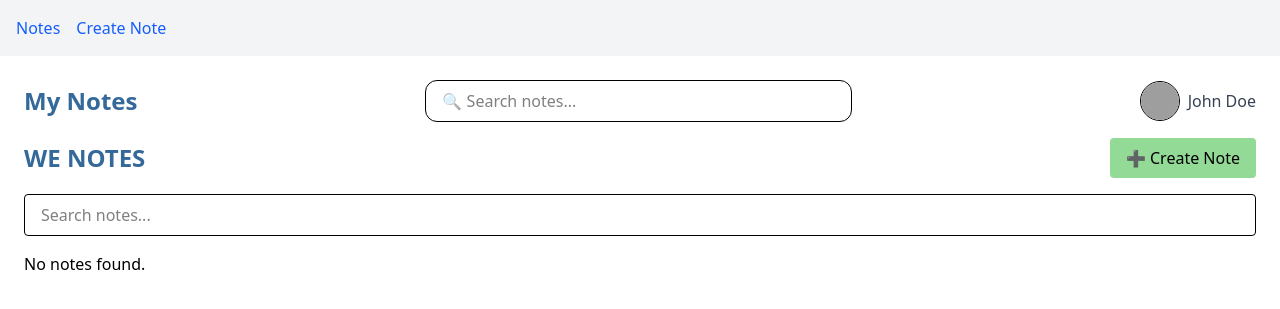
Repository: pin-seavmuy/NoteApplication
Page: / (app in note-vue/)
The author's editor kept a copy of each file at every save. The page is drawn from the files as they stood at one save, then again after the next save.
The browser window is 1280 px wide. The pictures show the whole page.
Pictures or frames that could not be fetched are drawn as grey boxes. The page's requests for data from a server got no answer. The project was rebuilt for these pictures with package versions that can differ from the ones it lists, and the page was loaded fresh each time. No one was signed in, and anything a server would have sent is missing. Also part of the build but not shown: note-vue/vite.config.ts, note-vue/src/components/NoteWrapper.vue, note-vue/src/views/CreateNote.vue, note-vue/src/views/NoteDetail.vue, note-vue/src/views/UpdateNote.vue.

Above is the page before, as saved 2025-09-16 11:14:22.

After the next save:
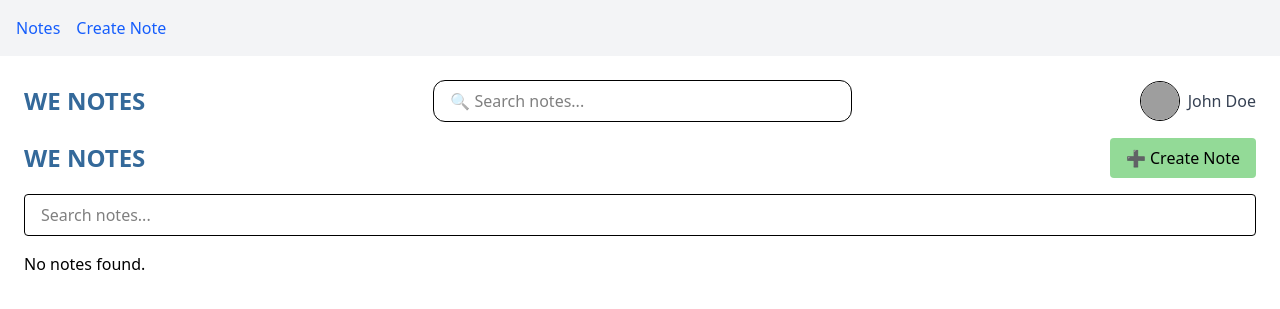
Saved 5 s later.
--- a/note-vue/src/views/NotesList.vue
+++ b/note-vue/src/views/NotesList.vue
@@ -1,7 +1,7 @@
 <template>
   <div class="p-6">
     <div class="flex items-center justify-between mb-4 space-x-72">
-      <h1 class="text-2xl font-bold " style="color: #34699A;">My Notes</h1>
+      <h1 class="text-2xl font-bold " style="color: #34699A;">WE NOTES</h1>
 
       <input
         v-model="search"
